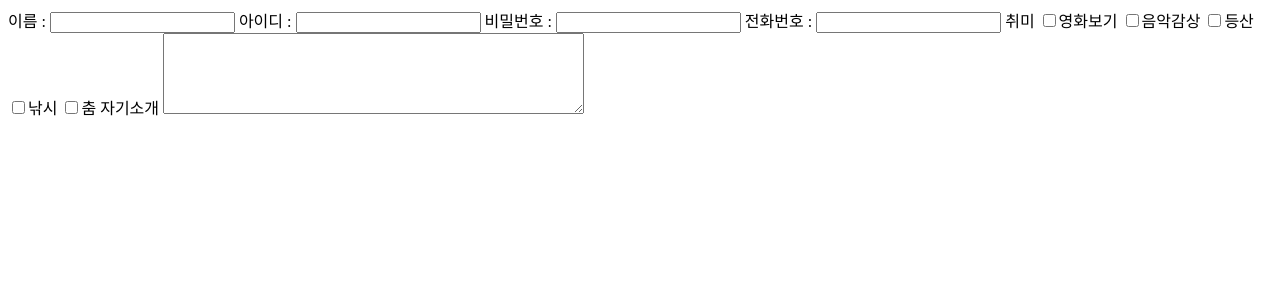
Repository: coolSummer1119/study
Page: http://localhost/ch03_Jsp/ch03_nestedObject/s05_registerForm.jsp
These files come from the project's save history. The page is drawn as it stood at one moment and after the next save; the edit follows.
The browser window is 1280 px wide. The pictures show the whole page.
The page is served by Tomcat 9. Other server files are loaded and not shown.

Above is the page before, as saved 2024-04-23 01:31:49.

### workspace/ch03_Jsp/src/main/webapp/ch03_nestedObject/s05_registerForm.jsp
<%@ page language="java" contentType="text/html; charset=UTF-8"
    pageEncoding="UTF-8"%>
<!DOCTYPE html>
<html>
<head>
<meta charset="UTF-8">
<title>[실습]회원가입</title>
</head>
<body>
<%-- 이름 (name), 아이디(id), 비밀번호(password), 전화번호(phone),취미(hobby) -영화보기, 음악감상, 등산, 낚시, 춤
	자기소개(content) - textarea

	s06_register.jsp로 전송 , 전송 방식post
	출력예시
	이름 : 홍길동 (필수)
	아이디 : dragon (필수)
	비밀번호 : 1234 (필수)
	전화번호 : 010-1234-5678
	자기소개 : 서울에서 태어나서 계속 서울 거주
 --%>
<form action="s06_register.jsp" method="post">
	이름 : <input type="text" name="name"	id="name">
	아이디 : <input type="text" name="id"	id="id">
	비밀번호 : <input type="text" name="password"	id="password">
	전화번호 : <input type="text" name="phone"	id="phone">
	취미
	<input type="checkbox" name="hobby"	value="영화보기">영화보기
	<input type="checkbox" name="hobby"	value="음악감상">음악감상
	<input type="checkbox" name="hobby"	value="등산">등산
	<input type="checkbox" name="hobby"	value="낚시">낚시
	<input type="checkbox" name="hobby"	value="춤">춤
	자기소개
	<textarea rows="5" cols="50" name="content"></textarea>

</form>
</body>
</html>

After the next save:
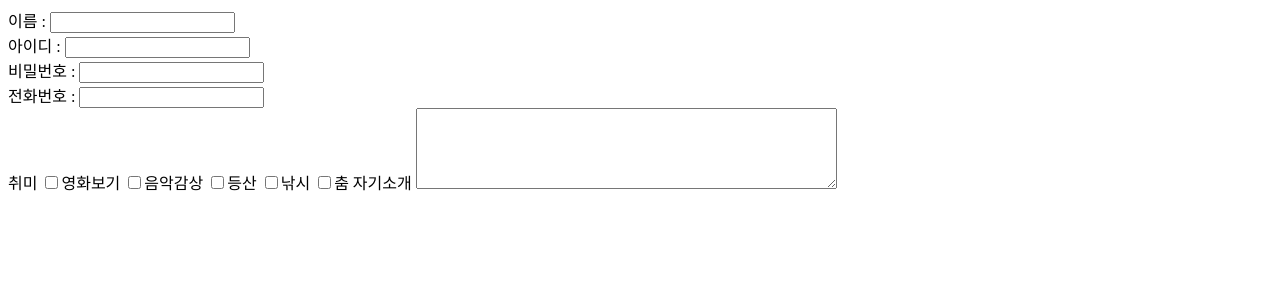
Saved 16 s later.
--- a/workspace/ch03_Jsp/src/main/webapp/ch03_nestedObject/s05_registerForm.jsp
+++ b/workspace/ch03_Jsp/src/main/webapp/ch03_nestedObject/s05_registerForm.jsp
@@ -19,10 +19,10 @@
 	자기소개 : 서울에서 태어나서 계속 서울 거주
  --%>
 <form action="s06_register.jsp" method="post">
-	이름 : <input type="text" name="name"	id="name">
-	아이디 : <input type="text" name="id"	id="id">
-	비밀번호 : <input type="text" name="password"	id="password">
-	전화번호 : <input type="text" name="phone"	id="phone">
+	이름 : <input type="text" name="name"	id="name"><br>
+	아이디 : <input type="text" name="id"	id="id"><br>
+	비밀번호 : <input type="text" name="password"	id="password"><br>
+	전화번호 : <input type="text" name="phone"	id="phone"><br>
 	취미
 	<input type="checkbox" name="hobby"	value="영화보기">영화보기
 	<input type="checkbox" name="hobby"	value="음악감상">음악감상
